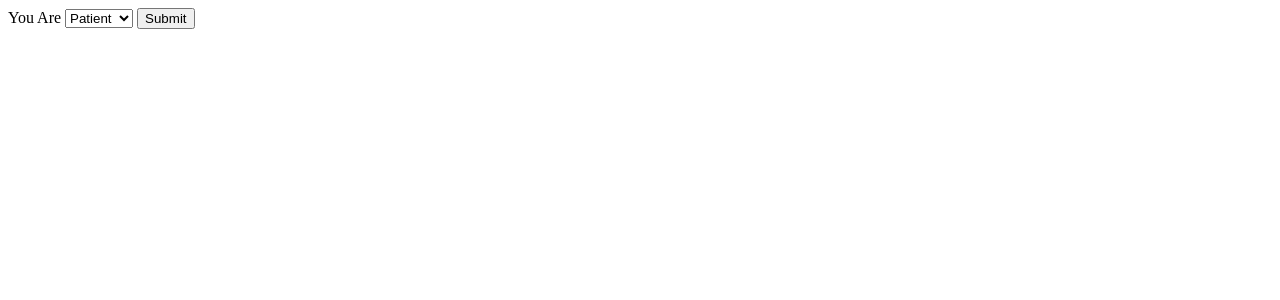
Repository: OmarAl-Saleh/Hospital-Emergency-System
Page: http://localhost/EmergencySystem/
These files come from the project's save history. The page is drawn as it stood at one moment and after the next save; the edit follows.
The browser window is 1280 px wide. The pictures show the whole page.
The page is served by Tomcat 9. Other server files are loaded and not shown.

Above is the page before, as saved 2024-05-22 04:42:48.

### EmergencySystem/EmergencySystem/src/main/webapp/index.jsp
<%@ page language="java" contentType="text/html; charset=ISO-8859-1"
    pageEncoding="ISO-8859-1"%>
<!DOCTYPE html>
<html>
<head>
<meta charset="ISO-8859-1">
<title>Emergency System</title>
</head>
<body>
<form action="index" method="get">
<label for="You Are">You Are</label>
    <select id="You Are" name="You Are">
        <option value="patient">Patient</option>
        <option value="Officer">Banana</option>
        <option value="Screening Nurse">Cherry</option>
        <option value="Department Nurse">Date</option>
    </select>
    <input type="submit" value="Submit">

</form>
</body>
</html>

After the next save:
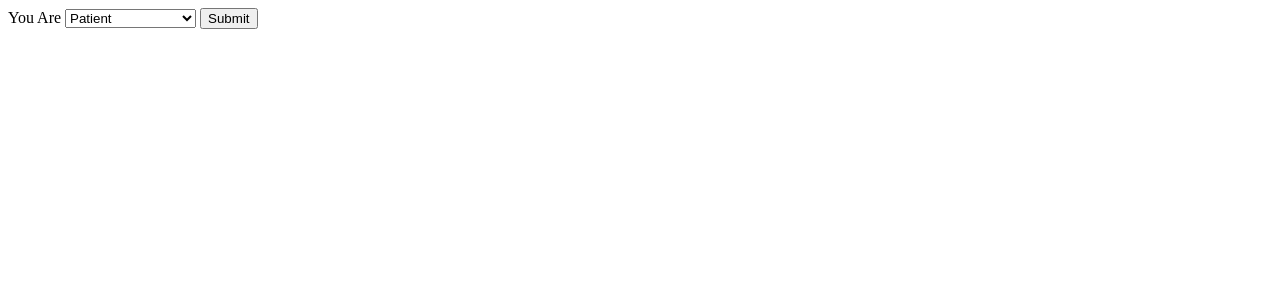
Saved 37 s later.
--- a/EmergencySystem/EmergencySystem/src/main/webapp/index.jsp
+++ b/EmergencySystem/EmergencySystem/src/main/webapp/index.jsp
@@ -11,9 +11,9 @@
 <label for="You Are">You Are</label>
     <select id="You Are" name="You Are">
         <option value="patient">Patient</option>
-        <option value="Officer">Banana</option>
-        <option value="Screening Nurse">Cherry</option>
-        <option value="Department Nurse">Date</option>
+        <option value="Officer">Officer</option>
+        <option value="Screening Nurse">Screening Nurse</option>
+        <option value="Department Nurse">Department Nurse</option>
     </select>
     <input type="submit" value="Submit">
 
